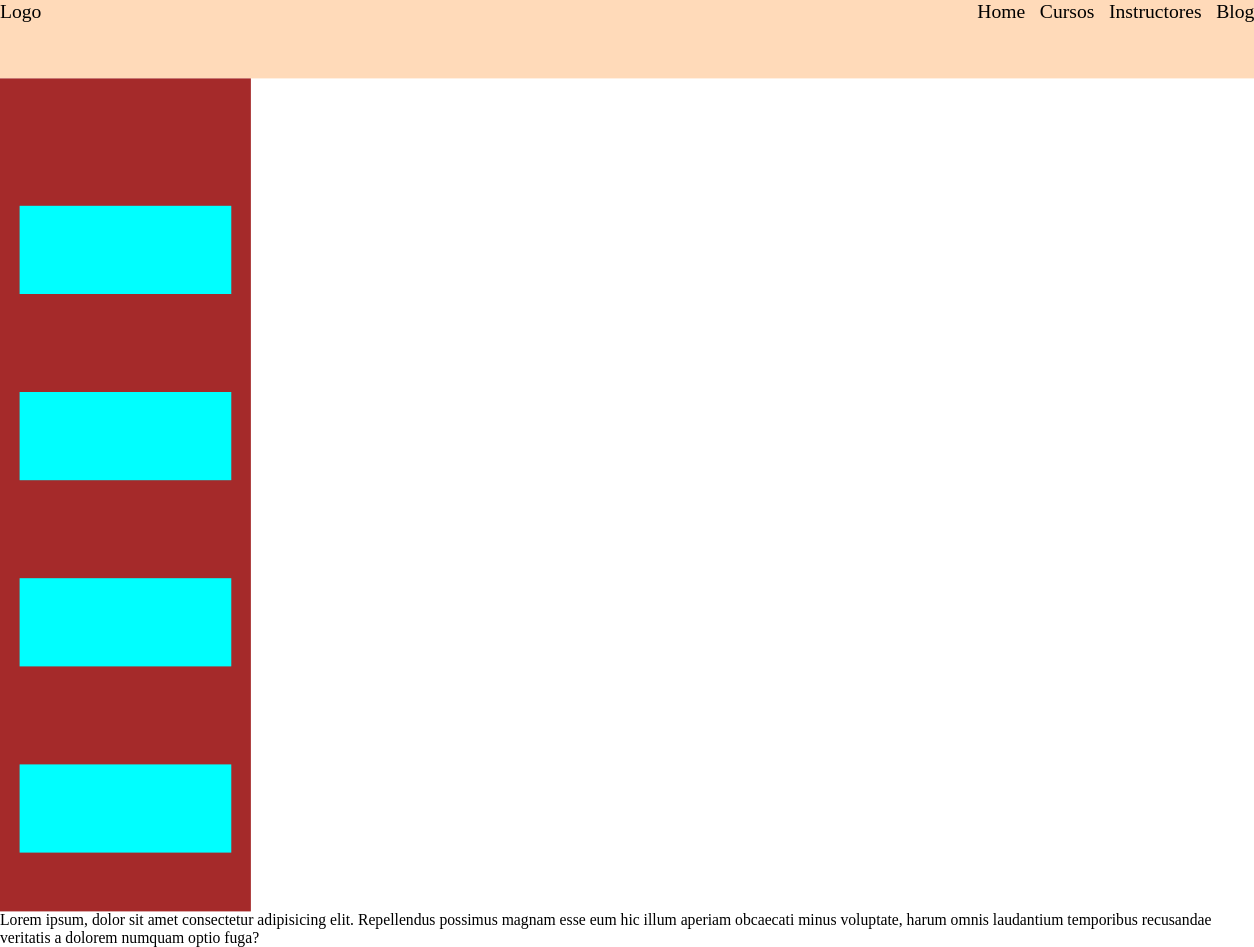
Repository: Daniel009980/daniel0099980
Page: desafiolayout1/index.html
An editor plug-in stored every save of this project. The page is shown before and after the next save, followed by the edit.
The browser window is 1280 px wide. The pictures show the whole page, at 98% of full size.

Above is the page before, as saved 2022-09-21 20:11:12.

### desafiolayout1/index.html
<!DOCTYPE html>
<html lang="en">
<head>
    <meta charset="UTF-8">
    <meta http-equiv="X-UA-Compatible" content="IE=edge">
    <meta name="viewport" content="width=device-width, initial-scale=1.0">
    <title>Desafio layout 1</title>
    <link rel="stylesheet" href="./style.css">
</head>
<body>
    <header class="cabeza">
    <p>Logo</p>
        <ul class="nav">
            <li>Home</li>
            <li>Cursos</li>
            <li>Instructores</li>
            <li>Blog</li>
        </ul>
    </header>
<section class="cosas">
    <ul class="ad">
        <li></li>
        <li></li>
        <li></li>
        <li></li>
    </ul>
</section>
<aside>
    <span>Lorem ipsum, dolor sit amet consectetur adipisicing elit. Repellendus possimus
        magnam esse eum hic illum aperiam obcaecati minus voluptate, harum omnis laudantium
        temporibus recusandae veritatis a dolorem numquam optio fuga?</span>
    </aside>
</body>
</html>

### desafiolayout1/style.css
*{
    box-sizing: border-box;
    margin: 0;
    padding: 0;
}

.nav li{
    display: inline-block;
    padding-left: 10px;

}

.cabeza p{
    display: inline-block;
    font-size: 20px;

}

.cabeza{
    background-color: peachpuff;
    height: 80px;
    display: flex;
    justify-content: space-between;
    flex-wrap: wrap;
}
.nav {
    list-style: none;
    font-size: 20px;
    /* text-align: right; */
}

.cosas{
    width: 20%;
    display: inline-block;
}

aside{
    display: flex;
}

.ad{
    background-color: brown;
    padding-top: 50px;
    height: 850px;
    display: flex;
    flex-direction: column;
    list-style: none;
}

.ad li{
    background-color: aqua;
    margin: 20px;
    margin-top: 80px;
    height: 90px;
}

After the next save:
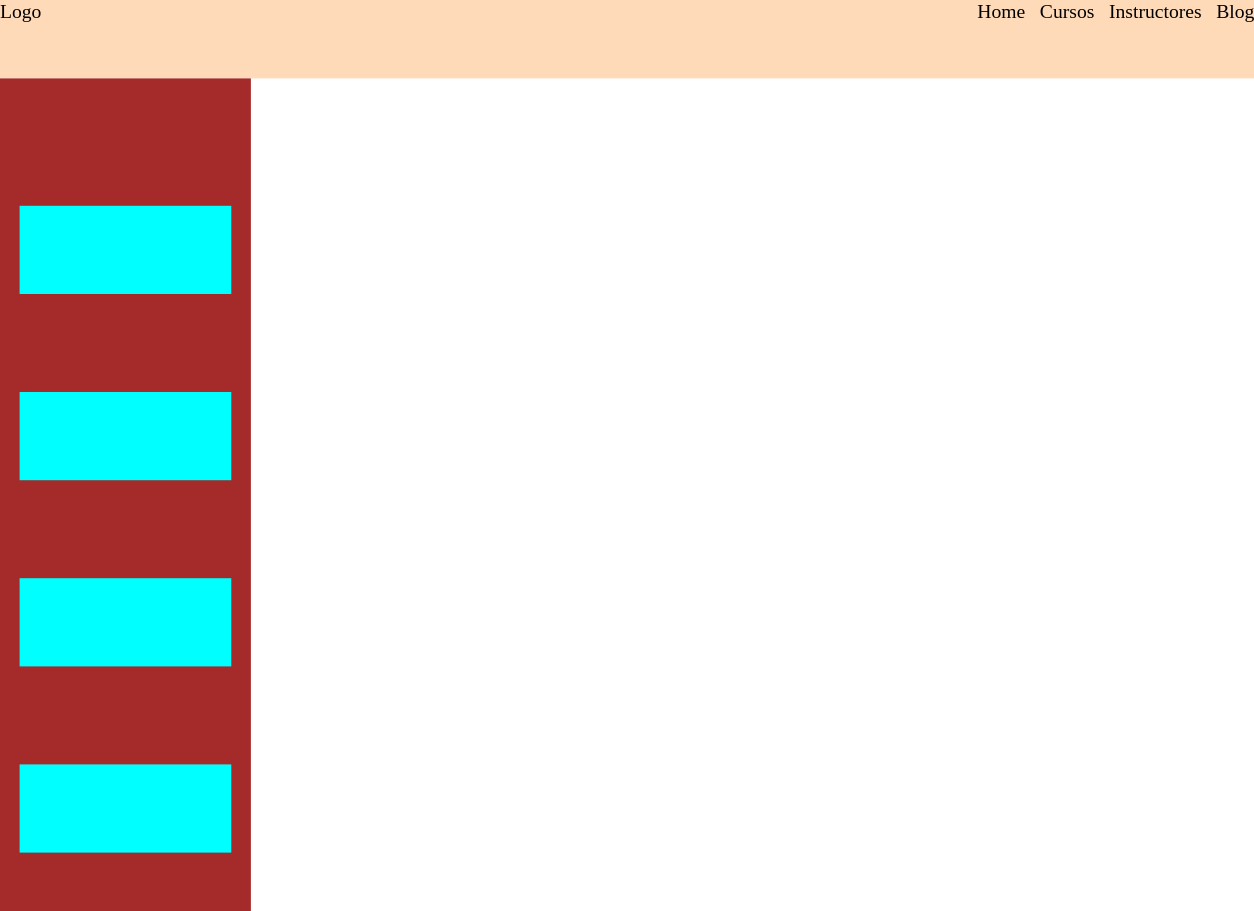
Saved 50 s later.
--- a/desafiolayout1/index.html
+++ b/desafiolayout1/index.html
@@ -25,10 +25,6 @@
         <li></li>
     </ul>
 </section>
-<aside>
-    <span>Lorem ipsum, dolor sit amet consectetur adipisicing elit. Repellendus possimus
-        magnam esse eum hic illum aperiam obcaecati minus voluptate, harum omnis laudantium
-        temporibus recusandae veritatis a dolorem numquam optio fuga?</span>
-    </aside>
+
 </body>
 </html>
